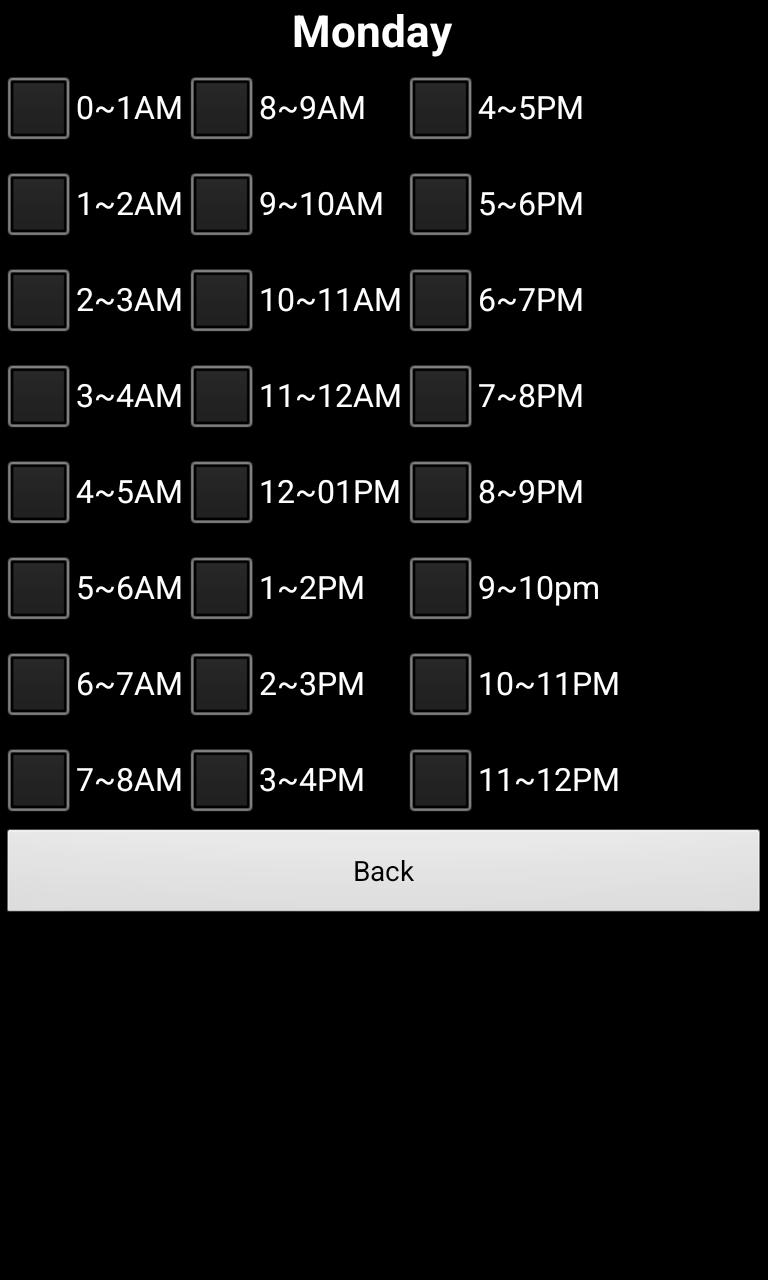
Repository: shaunkitch/android-survey
Layout: Android/Survey/res/layout/main2.xml
These files come from the project's save history. The layout is drawn as it stood at one moment and after the next save; the edit follows.
It is drawn on a 768 x 1280 px phone screen (xhdpi) without system bars, with theme android:Theme; the app's code is not run.

Above is the layout before, as saved 2012-05-09 21:29:43.

After the next save:
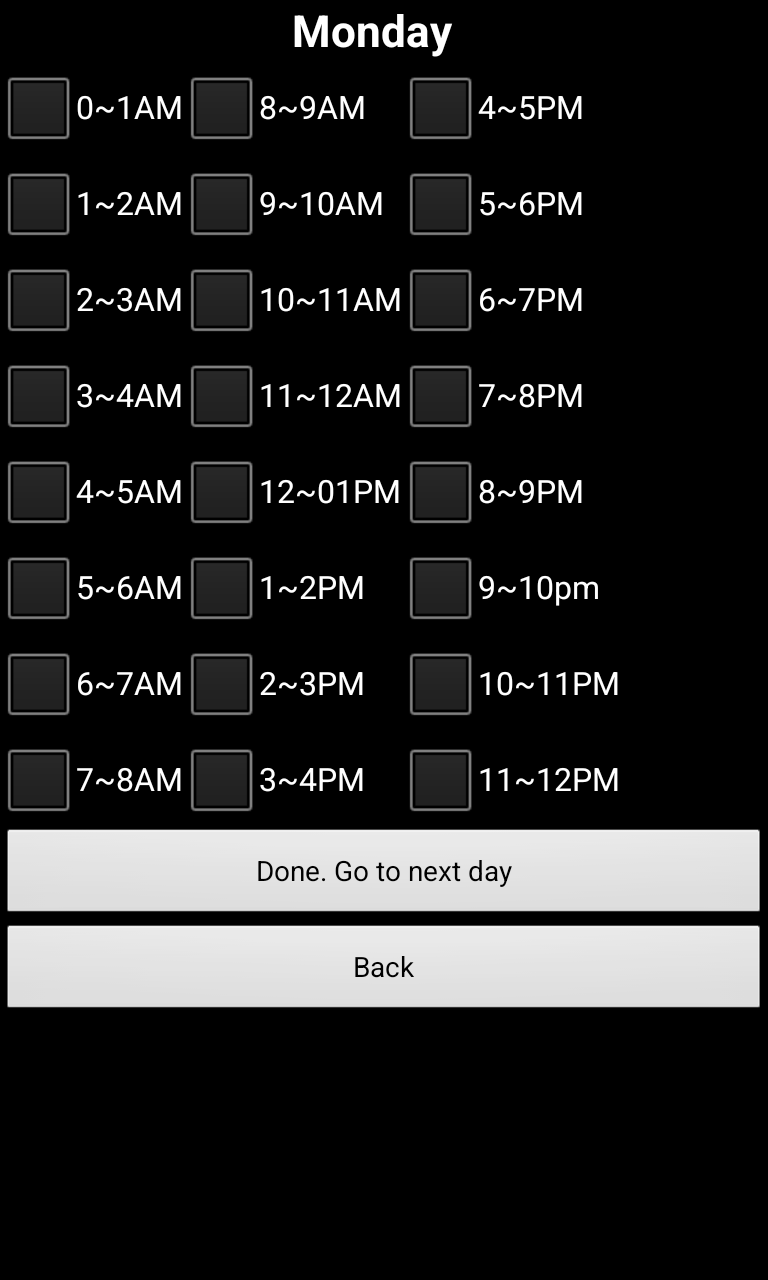
Saved 3 min 10 s later.
--- a/Android/Survey/res/layout/main2.xml
+++ b/Android/Survey/res/layout/main2.xml
@@ -221,7 +221,14 @@
         android:id="@+id/tableRow10"
         android:layout_width="wrap_content"
         android:layout_height="wrap_content" >
-    </TableRow>
+
+    </TableRow>
+
+    <Button
+        android:id="@+id/NextDay"
+        android:layout_width="wrap_content"
+        android:layout_height="wrap_content"
+        android:text="@string/NextDay" />
 
     <Button
         android:id="@+id/BackToMain1"
--- a/Android/Survey/res/values/strings.xml
+++ b/Android/Survey/res/values/strings.xml
@@ -33,5 +33,6 @@
     <string name="hr2223">10~11PM</string>
     <string name="hr2324">11~12PM</string>
     <string name="NextDay">Done. Go to next day</string>
+    <string-array name="Weekday"></string-array>
 
 </resources>
